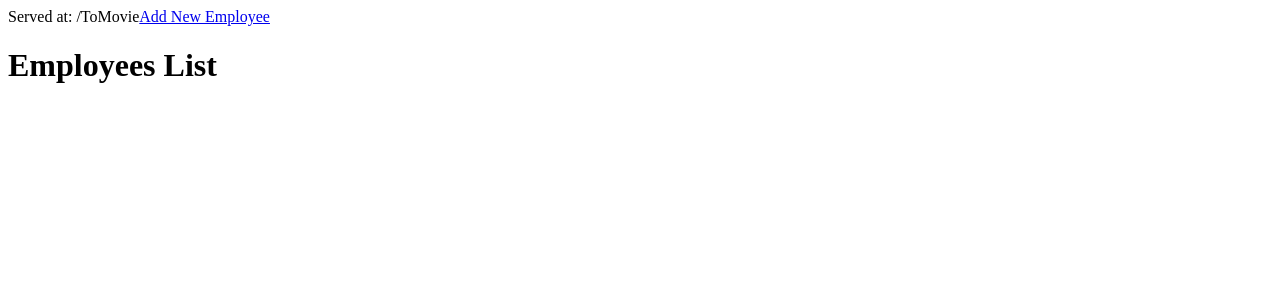
Repository: dannie-su-sjsu/CS157A-team6
Page: http://localhost/ToMovie/ViewServlet
These files come from the project's save history. The page is drawn as it stood at one moment and after the next save; the edit follows.
The browser window is 1280 px wide. The pictures show the whole page.
The page is served by Tomcat 9.

Above is the page before, as saved 2023-07-21 04:04:35.

After the next save:
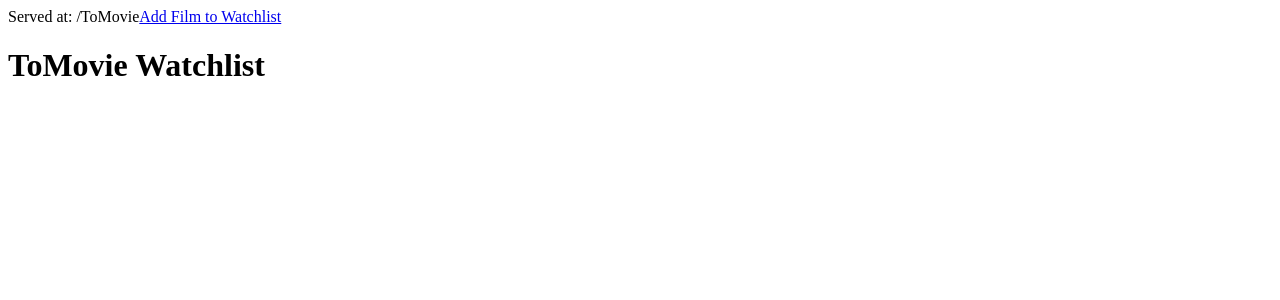
Saved 2 min 56 s later.
--- a/ToMovie/src/main/java/ViewServlet.java
+++ b/ToMovie/src/main/java/ViewServlet.java
@@ -28,9 +28,10 @@ public class ViewServlet extends HttpServlet {
 	protected void doGet(HttpServletRequest request, HttpServletResponse response) throws ServletException, IOException {
 		response.getWriter().append("Served at: ").append(request.getContextPath());
 		response.setContentType("text/html");
-		    PrintWriter out=response.getWriter();
-		    out.println("<a href='index.html'>Add New Employee</a>");
-		    out.println("<h1>Employees List</h1>");
+		PrintWriter out=response.getWriter();
+		out.println("<a href='AddFilm.html'>Add Film to Watchlist</a>");
+	    out.println("<h1>ToMovie Watchlist</h1>");
+
 
 	}
 
